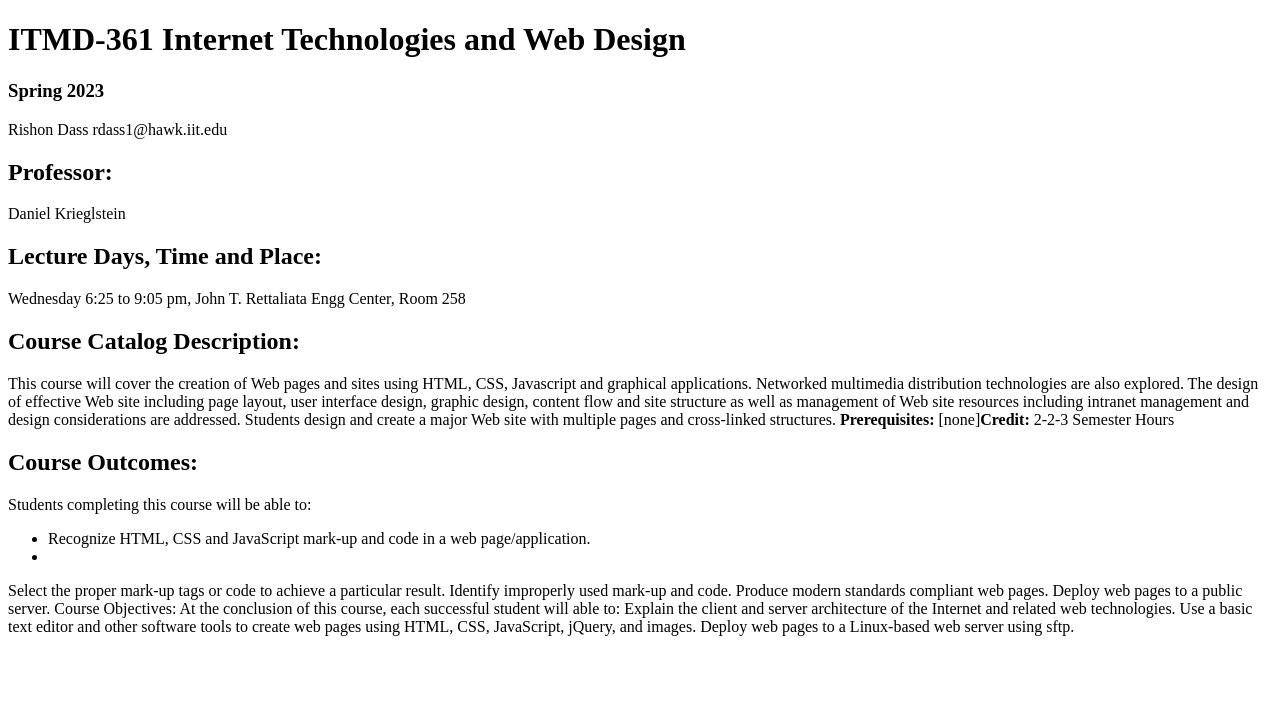
Repository: rishondass/ITMD361-Lab2
Page: lab2raw_text.html
The author's editor kept a copy of each file at every save. The page is drawn from the files as they stood at one save, then again after a run of saves.
The browser window is 1280 px wide. The pictures show the whole page.

Above is the page before, as saved 2023-01-13 14:09:55.

After the next 5 saves:
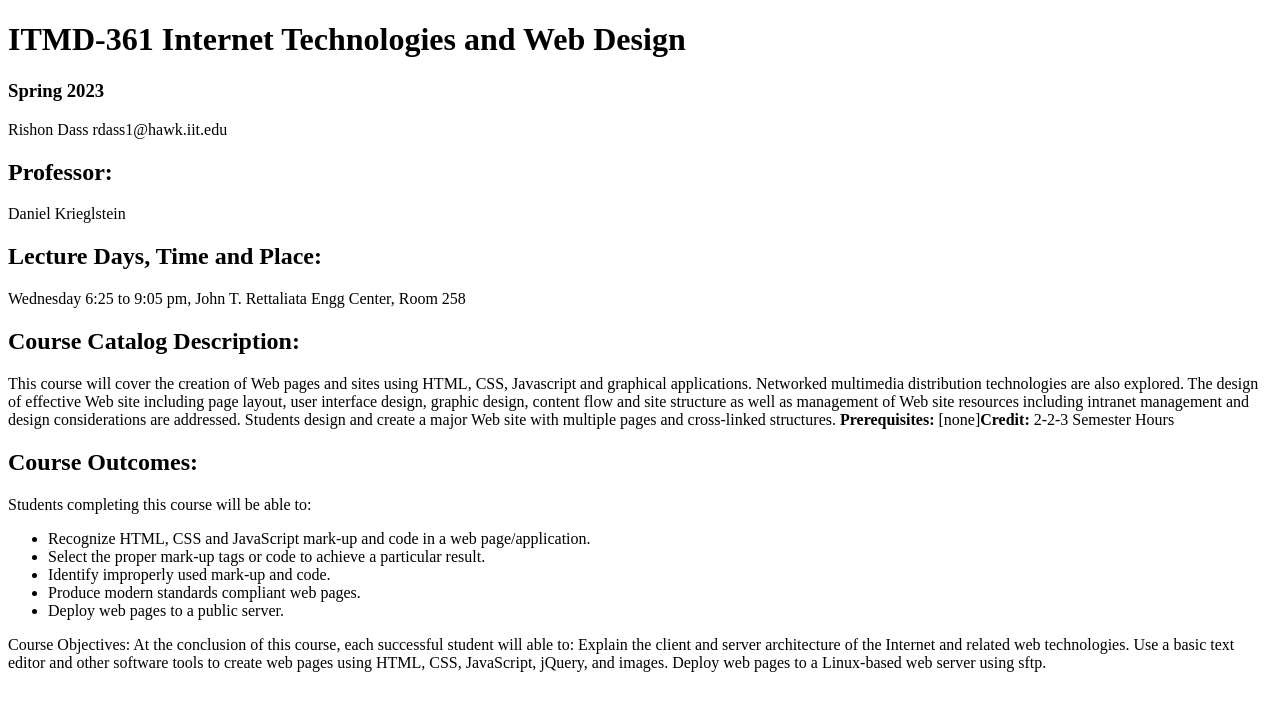
The 5 saves are shown as one change because they came seconds apart.
The last was saved 22 s later.
--- a/lab2raw_text.html
+++ b/lab2raw_text.html
@@ -42,7 +42,10 @@
     </p>
     <ul>
         <li>Recognize HTML, CSS and JavaScript mark-up and code in a web page/application.</li>
-        <li></li>
+        <li>Select the proper mark-up tags or code to achieve a particular result.</li>
+        <li>Identify improperly used mark-up and code.</li>
+        <li>Produce modern standards compliant web pages.</li>
+        <li>Deploy web pages to a public server.</li>
     </ul>
 </body>
 </html>
@@ -56,10 +59,10 @@
 
 
 
-Select the proper mark-up tags or code to achieve a particular result.
-Identify improperly used mark-up and code.
-Produce modern standards compliant web pages.
-Deploy web pages to a public server.
+
+
+
+
 Course Objectives:
 At the conclusion of this course, each successful student will able to:
 Explain the client and server architecture of the Internet and related web technologies.
